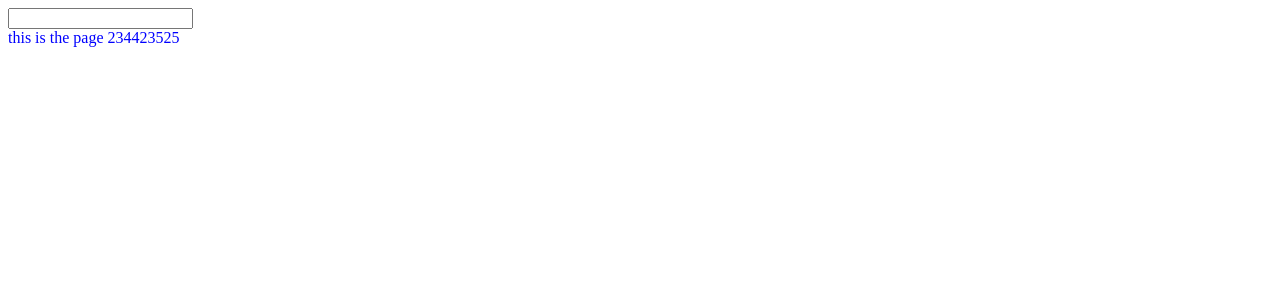
Repository: jasontianxie/huatian-mock-react-demo
Page: /
An editor plug-in stored every save of this project. The page is shown before and after the next save, followed by the edit.
The browser window is 1280 px wide. The pictures show the whole page.
The project was rebuilt for these pictures with package versions that can differ from the ones it lists, and the page was loaded fresh each time. Also part of the build but not shown: webpack.config.js.

Above is the page before, as saved 2017-04-20 17:19:32.

After the next save:
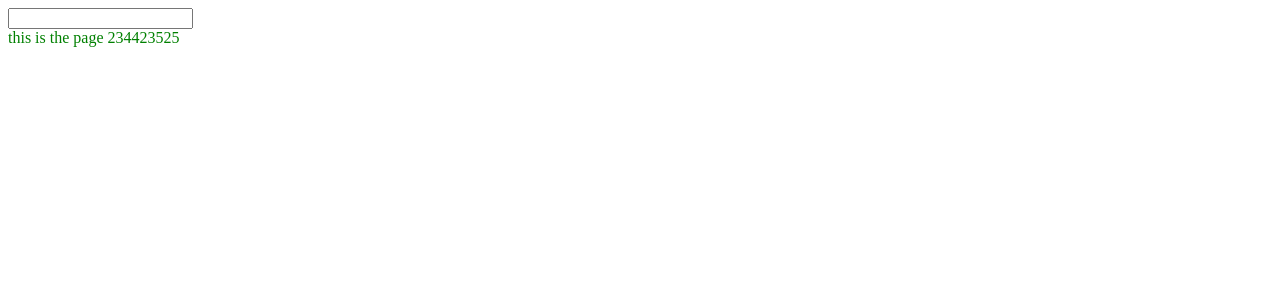
Saved 11 s later.
--- a/pages/main/main.scss
+++ b/pages/main/main.scss
@@ -1,3 +1,3 @@
 .main-aaa{
-  color: blue;
+  color: green;
 }

After the save that followed:
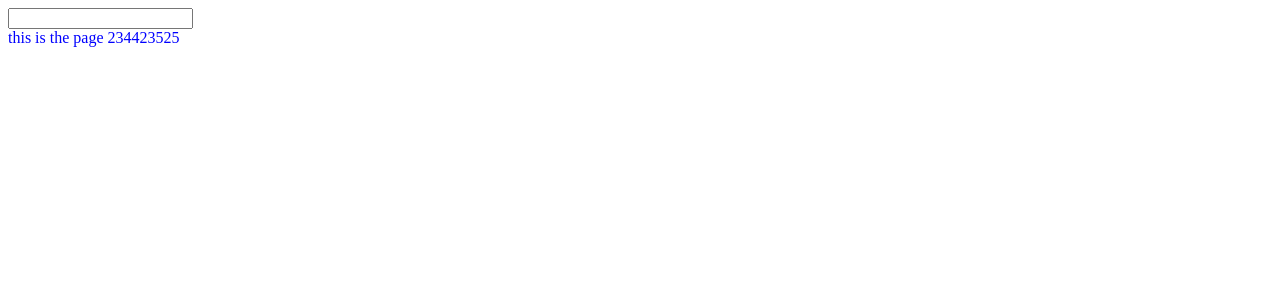
Saved 24 s later.
--- a/pages/main/main.scss
+++ b/pages/main/main.scss
@@ -1,3 +1,3 @@
 .main-aaa{
-  color: green;
+  color: blue;
 }
